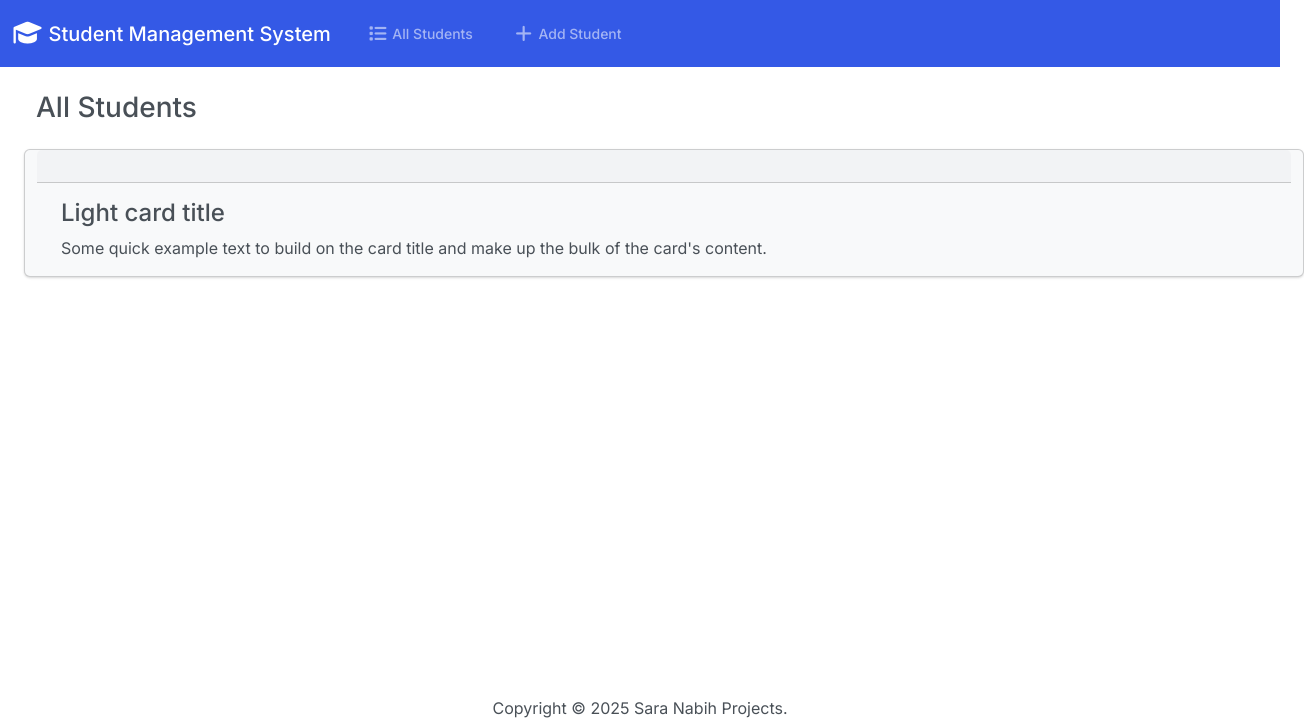
Repository: saraanbih/Student-Management-System
Page: http://localhost/
The author's editor kept a copy of each file at every save. The page is drawn from the files as they stood at one save, then again after a run of saves.
The browser window is 1280 px wide. The page is 1304 px wide, so the pictures cover 1304 px, including what lies to the right of the window. The pictures show the whole page.
Some web libraries are served in a nearby version. The page is served by the project's application, run on Django 5.2 (manage.py). Other server files are loaded and not shown. The page reads the database file committed with the project.

Above is the page before, as saved 2025-09-11 16:07:20.

### students/templates/students/index.html
{% load static %}
<!DOCTYPE html>
<html lang="en">
  <head>
    <meta charset="UTF-8" />
    <meta name="viewport" content="width=device-width, initial-scale=1.0" />
    <title>Student Management System</title>
    <link rel="stylesheet" href="https://cdnjs.cloudflare.com/ajax/libs/font-awesome/7.0.1/css/all.min.css" />
    <link href="{% static 'css/bootstrap.min.css' %}" rel="stylesheet" />
  </head>
  <body class="d-flex flex-column min-vh-100">
    <nav class="navbar navbar-expand-lg bg-primary" data-bs-theme="dark">
      <div class="container-fluid">
        <a class="navbar-brand" href="#">
          <i class="fa-solid fa-graduation-cap fa-lg"></i> Student Management System
        </a>
        <button
          class="navbar-toggler"
          type="button"
          data-bs-toggle="collapse"
          data-bs-target="#navbarColor01"
          aria-controls="navbarColor01"
          aria-expanded="false"
          aria-label="Toggle navigation"
        >
          <span class="navbar-toggler-icon"></span>
        </button>
        <div class="collapse navbar-collapse" id="navbarColor01">
          <ul class="navbar-nav me-auto">
            <li class="nav-item">
              <a class="nav-link" href="#">
                <i class="fa-solid fa-list fa-lg"></i> All Students
              </a>
            </li>
            <li class="nav-item">
              <a class="nav-link" href="#">
                <i class="fa-solid fa-plus fa-lg"></i> Add Student
              </a>
            </li>
          </ul>
        </div>
      </div>
    </nav>

    <div class="container-fluid">
      <h3 class="m-4">All Students</h3>
      <div class="row">
        <div class="col-12">
          {% if students %}
          </div>
            <div class="card bg-light ms-4 me-4 mb-4">
              <div class="card-header">

              </div>
              <div class="card-body">
                <h4 class="card-title">Light card title</h4>
                <p class="card-text">Some quick example text to build on the card title and make up the bulk of the card's content.</p>
              </div>
            </div>
          {% else %}
          <h5 class="card bg-light ms-4 me-4 mb-4">No Students Records</h5>
          {% endif %}
        </div>
      </div>
    </div>
    <footer class="mt-auto mp-4">
      <div class="text-center">
        <span>
          Copyright &copy; <script>document.write(new Date().getFullYear())</script> Sara Nabih Projects.
        </span>
      </div>

    </footer>
    <script
      src="https://cdn.jsdelivr.net/npm/bootstrap@5.3.8/dist/js/bootstrap.bundle.min.js"
      integrity="sha384-FKyoEForCGlyvwx9Hj09JcYn3nv7wiPVlz7YYwJrWVcXK/BmnVDxM+D2scQbITxI"
      crossorigin="anonymous"
    ></script>
  </body>
</html>

### students/models.py
from django.db import models

# Create your models here.

class Student(models.Model):
  student_number = models.PositiveBigIntegerField
  first_name = models.CharField(max_length=50)
  last_name = models.CharField(max_length=50)
  email = models.EmailField(max_length=100)
  field_of_study = models.CharField(max_length=50)
  gpa = models.FloatField()

  def __str__(self):
    return f"{self.first_name} {self.last_name}"

### students/views.py
from django.shortcuts import render
from .models import Student

# Create your views here.
def index(request):
  return render(request, 'students/index.html', {
    'students': Student.objects.all()
  })

### django_project/urls.py
"""
URL configuration for django_project project.

The `urlpatterns` list routes URLs to views. For more information please see:
    https://docs.djangoproject.com/en/5.2/topics/http/urls/
Examples:
Function views
    1. Add an import:  from my_app import views
    2. Add a URL to urlpatterns:  path('', views.home, name='home')
Class-based views
    1. Add an import:  from other_app.views import Home
    2. Add a URL to urlpatterns:  path('', Home.as_view(), name='home')
Including another URLconf
    1. Import the include() function: from django.urls import include, path
    2. Add a URL to urlpatterns:  path('blog/', include('blog.urls'))
"""
from django.contrib import admin
from django.urls import path, include

urlpatterns = [
    path('admin/', admin.site.urls),
    path('', include('students.urls')),
]

### students/urls.py
from django.urls import path
from . import views

urlpatterns = [
  path('', views.index, name='index'),

]

### db.sqlite3 (the tables this page reads, as SQL)
CREATE TABLE "students_student" ("id" integer NOT NULL PRIMARY KEY AUTOINCREMENT, "first_name" varchar(50) NOT NULL, "last_name" varchar(50) NOT NULL, "email" varchar(100) NOT NULL, "field_of_study" varchar(50) NOT NULL, "gpa" real NOT NULL, "student_number" bigint unsigned NOT NULL CHECK ("student_number" >= 0));
INSERT INTO "students_student" VALUES
(4, 'Sara', 'Nabih', 'nabihsara8@gmail.com', 'Computer Science', 3.8, 400),
(6, 'Mahmoud', 'Ali', 'mahmoud32@gmail.com', 'Engineer', 3.09, 7),
(7, 'Omar', 'Ahmed', 'omar@gmail.com', 'Network', 3.08, 42),
(8, 'Hazem', 'Ali', 'hazem.ali@gmail.com', 'Backend', 3.0, 23);

Loaded but not shown: students/static/css/bootstrap.min.css (library)

After the next 3 saves:
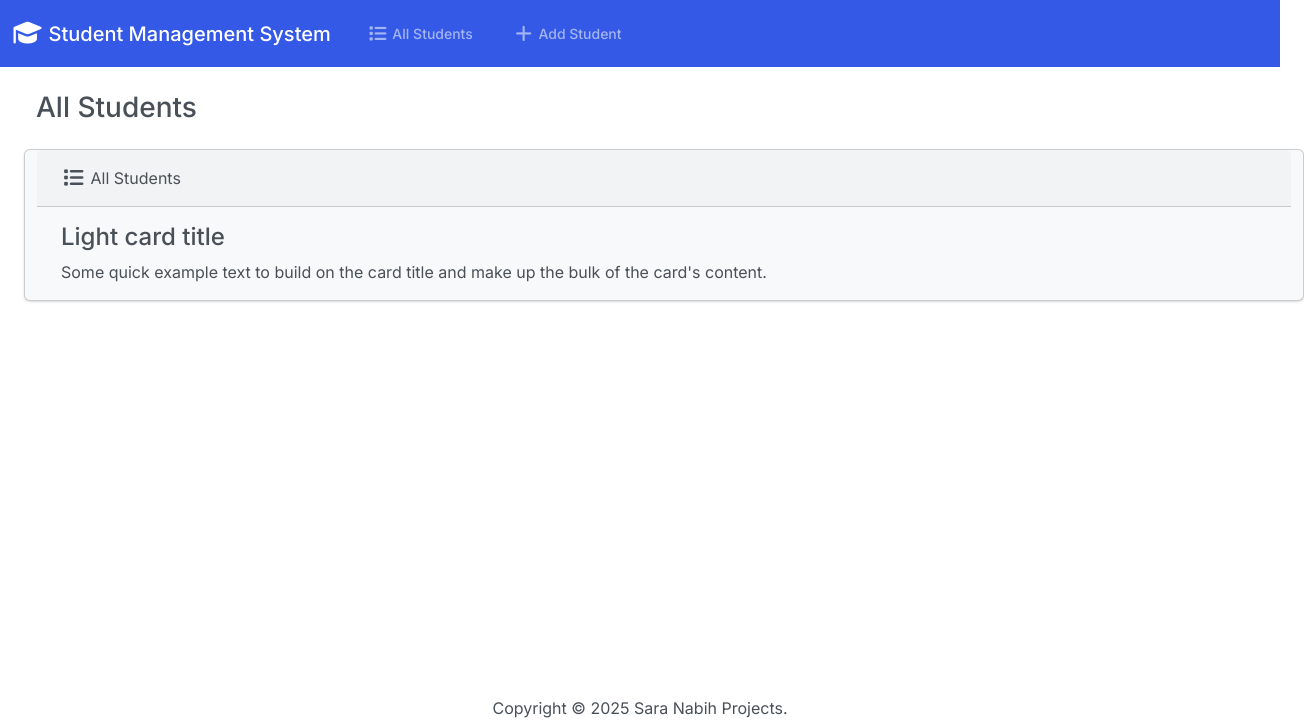
The 3 saves are shown as one change because they came seconds apart.
The last was saved 30 s later.
--- a/students/templates/students/index.html
+++ b/students/templates/students/index.html
@@ -50,7 +50,7 @@
           </div>
             <div class="card bg-light ms-4 me-4 mb-4">
               <div class="card-header">
-
+                                <i class="fa-solid fa-list fa-lg"></i> All Students
               </div>
               <div class="card-body">
                 <h4 class="card-title">Light card title</h4>
